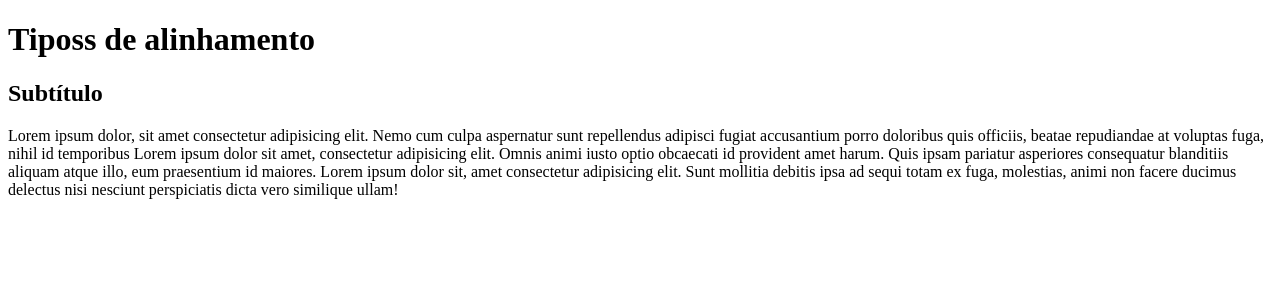
Repository: Codigo404q/html-css
Page: exercicios/ex017/fonte02.html
An editor plug-in stored every save of this project. The page is shown before and after a run of saves, followed by the edit.
The browser window is 1280 px wide. The pictures show the whole page.

Above is the page before, as saved 2023-11-04 21:19:20.

### exercicios/ex017/fonte02.html
<!DOCTYPE html>
<html lang="pt-br">
<head>
    <meta charset="UTF-8">
    <meta name="viewport" content="width=device-width, initial-scale=1.0">
    <title>Alinhamentos</title>
    <style>
        body {
            font: normal 16px a
        }
    </style>
</head>
<body>
    <h1>Tiposs de alinhamento</h1>
    <h2>Subtítulo</h2>
    <p>Lorem ipsum dolor, sit amet consectetur adipisicing elit. Nemo cum culpa aspernatur sunt repellendus adipisci fugiat accusantium porro doloribus quis officiis, beatae repudiandae at voluptas fuga, nihil id temporibus Lorem ipsum dolor sit amet, consectetur adipisicing elit. Omnis animi iusto optio obcaecati id provident amet harum. Quis ipsam pariatur asperiores consequatur blanditiis aliquam atque illo, eum praesentium id maiores. Lorem ipsum dolor sit, amet consectetur adipisicing elit. Sunt mollitia debitis ipsa ad sequi totam ex fuga, molestias, animi non facere ducimus delectus nisi nesciunt perspiciatis dicta vero similique ullam!</p>
</body>
</html>

After the next 5 saves:
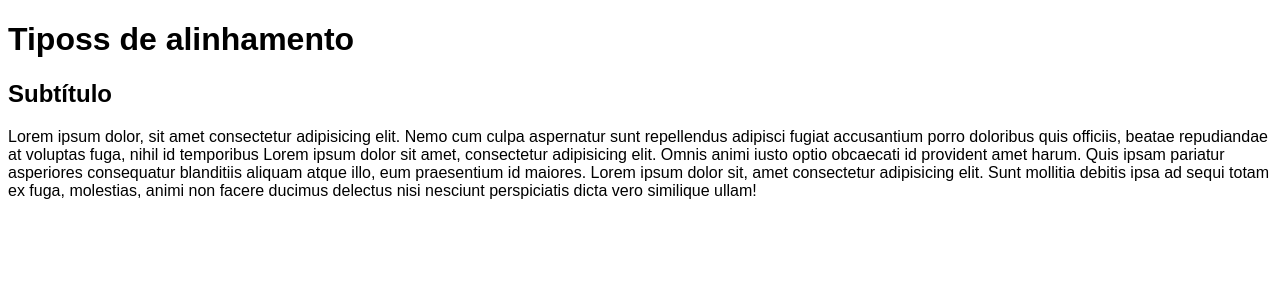
The 5 saves are shown as one change because they came seconds apart.
The last was saved 13 s later.
--- a/exercicios/ex017/fonte02.html
+++ b/exercicios/ex017/fonte02.html
@@ -6,7 +6,7 @@
     <title>Alinhamentos</title>
     <style>
         body {
-            font: normal 16px a
+            font: normal 16px Arial, Verdana, serif;
         }
     </style>
 </head>
